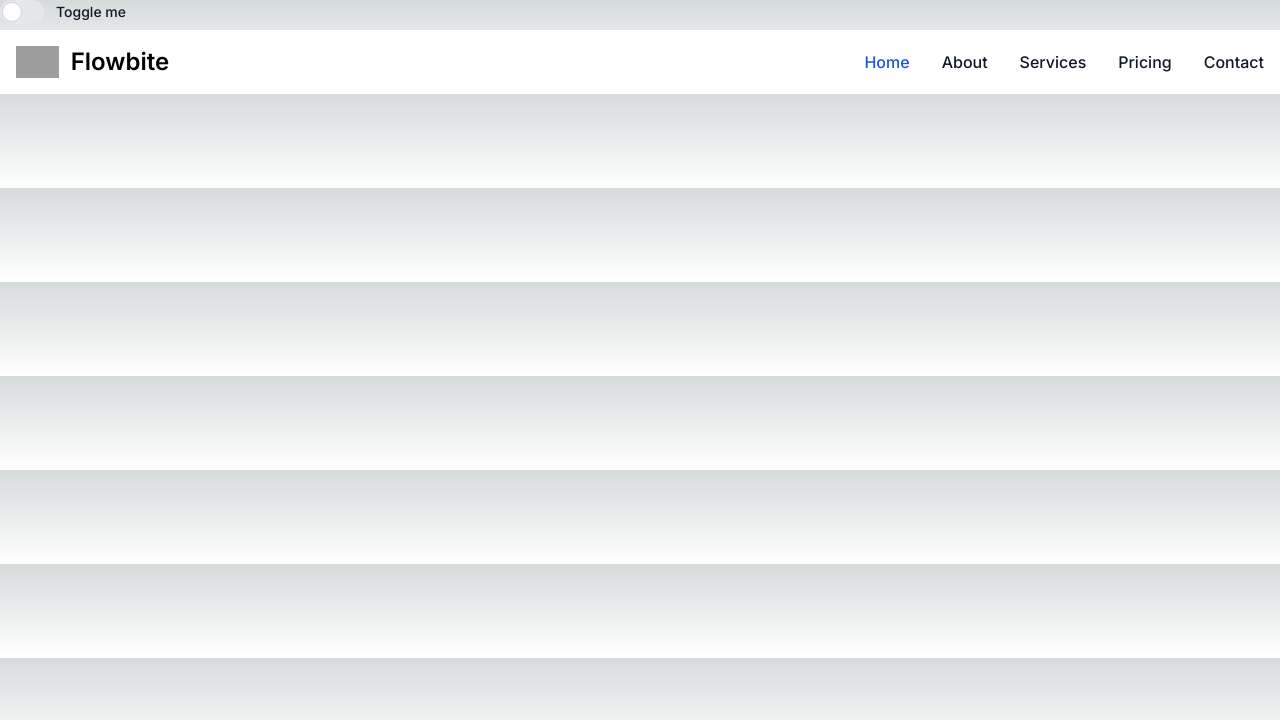
Repository: chapeee/Next-PortFolio-Site-Example-myselfraj-
Page: /
An editor plug-in stored every save of this project. The page is shown before and after the next save, followed by the edit.
The browser window is 1280 px wide. The pictures show the whole page.
Pictures or frames that could not be fetched are drawn as grey boxes. The project was rebuilt for these pictures with package versions that can differ from the ones it lists, and the page was loaded fresh each time. The framework's server and built-in components were replaced by stand-ins that run in the browser. Also part of the build but not shown: next.config.mjs.

Above is the page before, as saved 2024-02-03 11:00:21.

### src/app/layout.tsx
import type { Metadata } from "next";
import { Inter } from "next/font/google";
import "./globals.css";

const inter = Inter({ subsets: ["latin"] });

export const metadata: Metadata = {
  title: "Create2  Next App",
  description: "Generated by create next app",
};

export default function RootLayout({
  children,
}: Readonly<{
  children: React.ReactNode;
}>) {
  return (
    <html lang="en">
      <body className={inter.className}>{children}</body>


<nav className="bg-white border-gray-200 dark:bg-gray-900">
  <div className="max-w-screen-xl flex flex-wrap items-center justify-between mx-auto p-4">
    <a href="https://flowbite.com/" className="flex items-center space-x-3 rtl:space-x-reverse">
        <img src="https://flowbite.com/docs/images/logo.svg" className="h-8" alt="Flowbite Logo" />
        <span className="self-center text-2xl font-semibold whitespace-nowrap dark:text-white">Flowbite</span>
    </a>
    <button data-collapse-toggle="navbar-default" type="button" className="inline-flex items-center p-2 w-10 h-10 justify-center text-sm text-gray-500 rounded-lg md:hidden hover:bg-gray-100 focus:outline-none focus:ring-2 focus:ring-gray-200 dark:text-gray-400 dark:hover:bg-gray-700 dark:focus:ring-gray-600" aria-controls="navbar-default" aria-expanded="false">
        <span className="sr-only">Open main menu</span>

    </button>
    <div className="hidden w-full md:block md:w-auto" id="navbar-default">
      <ul className="font-medium flex flex-col p-4 md:p-0 mt-4 border border-gray-100 rounded-lg bg-gray-50 md:flex-row md:space-x-8 rtl:space-x-reverse md:mt-0 md:border-0 md:bg-white dark:bg-gray-800 md:dark:bg-gray-900 dark:border-gray-700">
        <li>
          <a href="#" className="block py-2 px-3 text-white bg-blue-700 rounded md:bg-transparent md:text-blue-700 md:p-0 dark:text-white md:dark:text-blue-500" aria-current="page">Home</a>
        </li>
        <li>
          <a href="#" className="block py-2 px-3 text-gray-900 rounded hover:bg-gray-100 md:hover:bg-transparent md:border-0 md:hover:text-blue-700 md:p-0 dark:text-white md:dark:hover:text-blue-500 dark:hover:bg-gray-700 dark:hover:text-white md:dark:hover:bg-transparent">About</a>
        </li>
        <li>
          <a href="#" className="block py-2 px-3 text-gray-900 rounded hover:bg-gray-100 md:hover:bg-transparent md:border-0 md:hover:text-blue-700 md:p-0 dark:text-white md:dark:hover:text-blue-500 dark:hover:bg-gray-700 dark:hover:text-white md:dark:hover:bg-transparent">Services</a>
        </li>
        <li>
          <a href="#" className="block py-2 px-3 text-gray-900 rounded hover:bg-gray-100 md:hover:bg-transparent md:border-0 md:hover:text-blue-700 md:p-0 dark:text-white md:dark:hover:text-blue-500 dark:hover:bg-gray-700 dark:hover:text-white md:dark:hover:bg-transparent">Pricing</a>
        </li>
        <li>
          <a href="#" className="block py-2 px-3 text-gray-900 rounded hover:bg-gray-100 md:hover:bg-transparent md:border-0 md:hover:text-blue-700 md:p-0 dark:text-white md:dark:hover:text-blue-500 dark:hover:bg-gray-700 dark:hover:text-white md:dark:hover:bg-transparent">Contact</a>
        </li>
      </ul>
    </div>
  </div>
</nav>

    </html>
  );
}

### src/app/page.tsx
import Image from "next/image";

export default function Home() {
  return (
    <main className="">
    <label className="relative inline-flex items-center cursor-pointer">
  <input type="checkbox" value="" className="sr-only peer" />
  <div className="w-11 h-6 bg-gray-200 peer-focus:outline-none peer-focus:ring-4 peer-focus:ring-blue-300 dark:peer-focus:ring-blue-800 rounded-full peer dark:bg-gray-700 peer-checked:after:translate-x-full rtl:peer-checked:after:-translate-x-full peer-checked:after:border-white after:content-[''] after:absolute after:top-[2px] after:start-[2px] after:bg-white after:border-gray-300 after:border after:rounded-full after:h-5 after:w-5 after:transition-all dark:border-gray-600 peer-checked:bg-blue-600"></div>
  <span className="ms-3 text-sm font-medium text-gray-900 dark:text-gray-300">Toggle me</span>
</label>
    </main>
  );
}

### tailwind.config.ts
import type { Config } from "tailwindcss";

const config: Config = {
  content: [
    "./node_modules/flowbite-react/lib/**/*.js",
    "./src/pages/**/*.{js,ts,jsx,tsx,mdx}",
    "./src/components/**/*.{js,ts,jsx,tsx,mdx}",
    "./src/app/**/*.{js,ts,jsx,tsx,mdx}",
  ],
  theme: {
    extend: {
      backgroundImage: {
        "gradient-radial": "radial-gradient(var(--tw-gradient-stops))",
        "gradient-conic":
          "conic-gradient(from 180deg at 50% 50%, var(--tw-gradient-stops))",
      },
    },
  },
  plugins: [
    require("flowbite/plugin")
  ],
};
export default config;

Loaded but not shown: src/app/globals.css (common file)

After the next save:
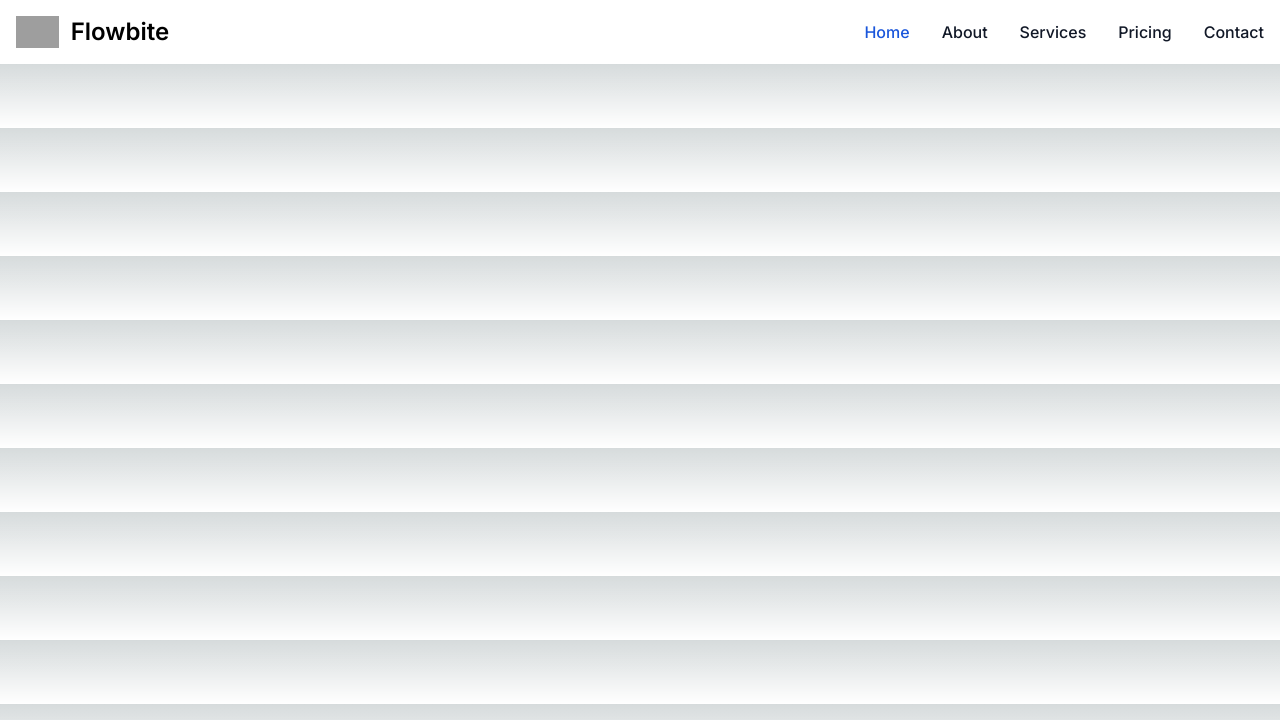
Saved 11 s later.
--- a/src/app/page.tsx
+++ b/src/app/page.tsx
@@ -3,11 +3,7 @@ import Image from "next/image";
 export default function Home() {
   return (
     <main className="">
-    <label className="relative inline-flex items-center cursor-pointer">
-  <input type="checkbox" value="" className="sr-only peer" />
-  <div className="w-11 h-6 bg-gray-200 peer-focus:outline-none peer-focus:ring-4 peer-focus:ring-blue-300 dark:peer-focus:ring-blue-800 rounded-full peer dark:bg-gray-700 peer-checked:after:translate-x-full rtl:peer-checked:after:-translate-x-full peer-checked:after:border-white after:content-[''] after:absolute after:top-[2px] after:start-[2px] after:bg-white after:border-gray-300 after:border after:rounded-full after:h-5 after:w-5 after:transition-all dark:border-gray-600 peer-checked:bg-blue-600"></div>
-  <span className="ms-3 text-sm font-medium text-gray-900 dark:text-gray-300">Toggle me</span>
-</label>
+
     </main>
   );
 }
